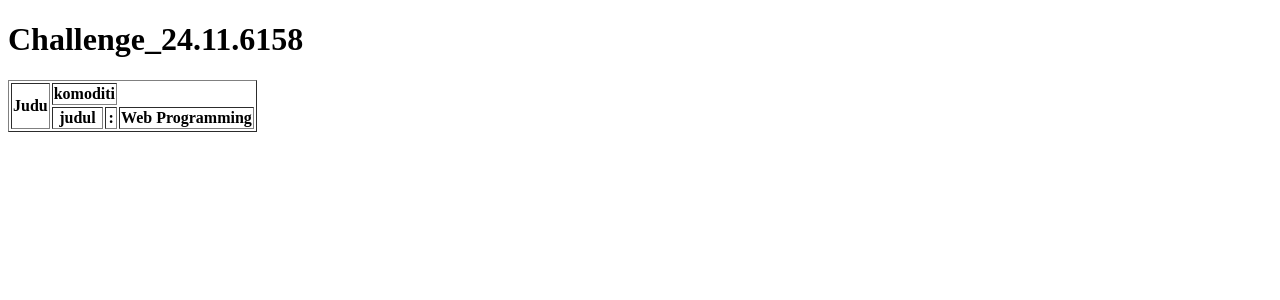
Repository: RoyyanSuryanto/Challenge_24116158
Page: Pertemuan 4/Challenge_24116158.html
The author's editor kept a copy of each file at every save. The page is drawn from the files as they stood at one save, then again after the next save.
The browser window is 1280 px wide. The pictures show the whole page.

Above is the page before, as saved 2026-04-20 09:38:49.

After the next save:
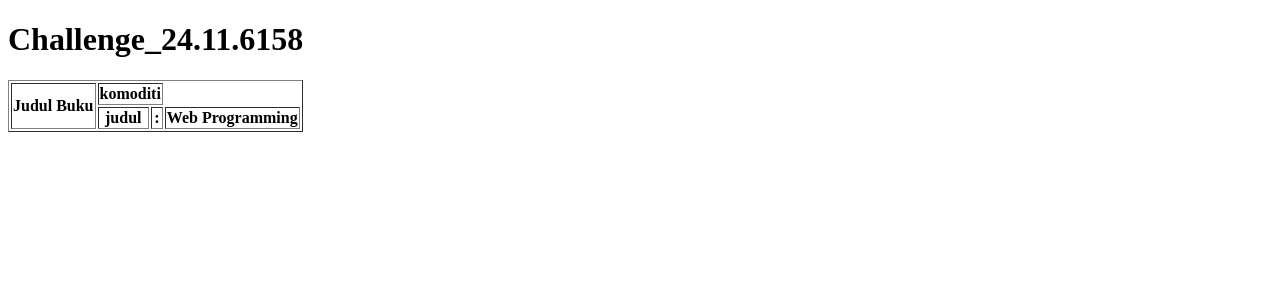
Saved 7 s later.
--- a/Pertemuan 4/Challenge_24116158.html
+++ b/Pertemuan 4/Challenge_24116158.html
@@ -12,7 +12,7 @@
 
     <table border=>
         <tr>
-            <th rowspan="2" background-color="lightgreen">Judu</th>
+            <th rowspan="2" background-color="lightgreen">Judul Buku</th>
             <th colspan="2" background-color="orange">komoditi</th>
         </tr>
 
